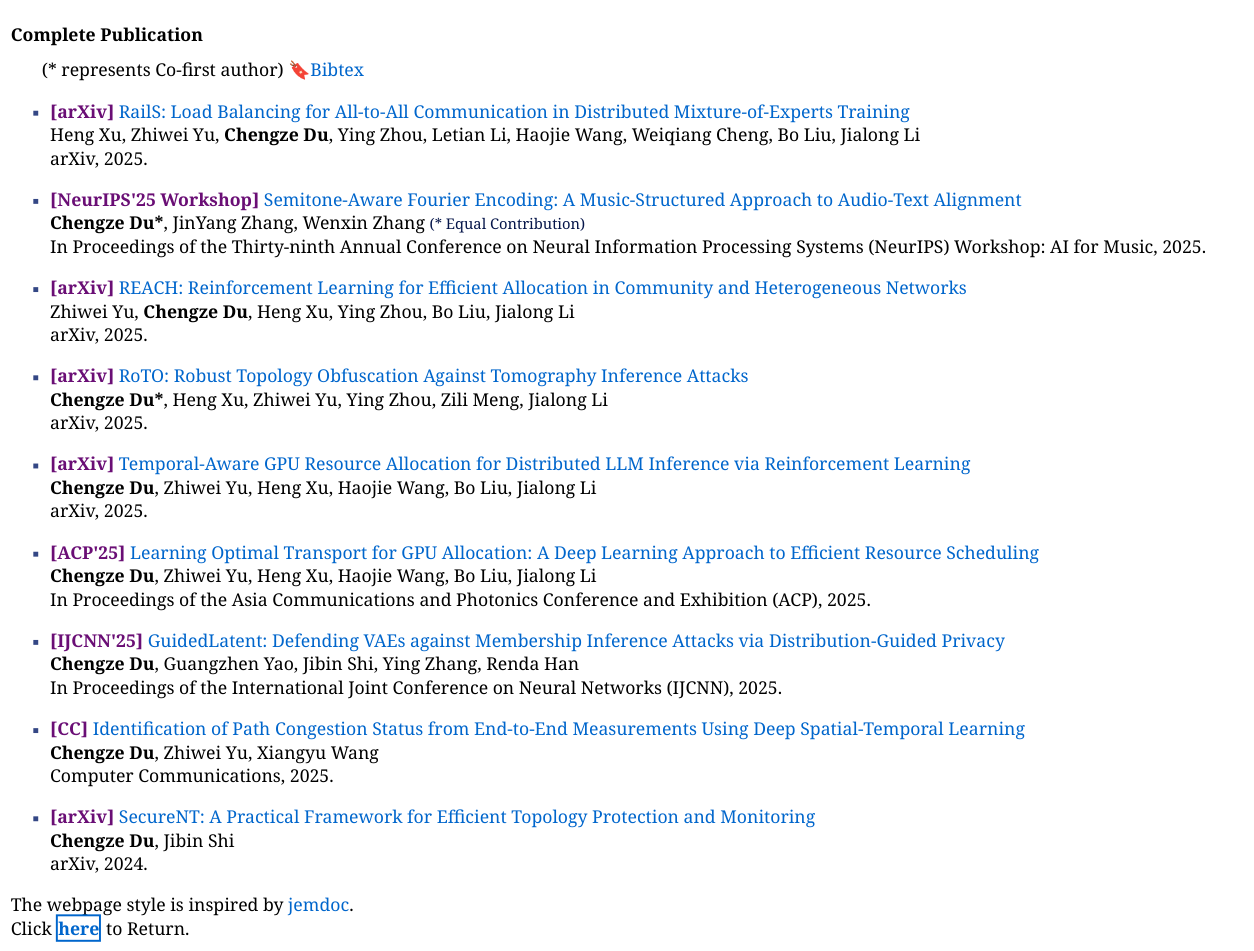
Repository: Monickar/Monickar.github.io
Page: FullPaperList.html
An editor plug-in stored every save of this project. The page is shown before and after the next save, followed by the edit.
The browser window is 1280 px wide. The pictures show the whole page, at 98% of full size.

Above is the page before, as saved 2025-10-26 17:48:17.

After the next save:
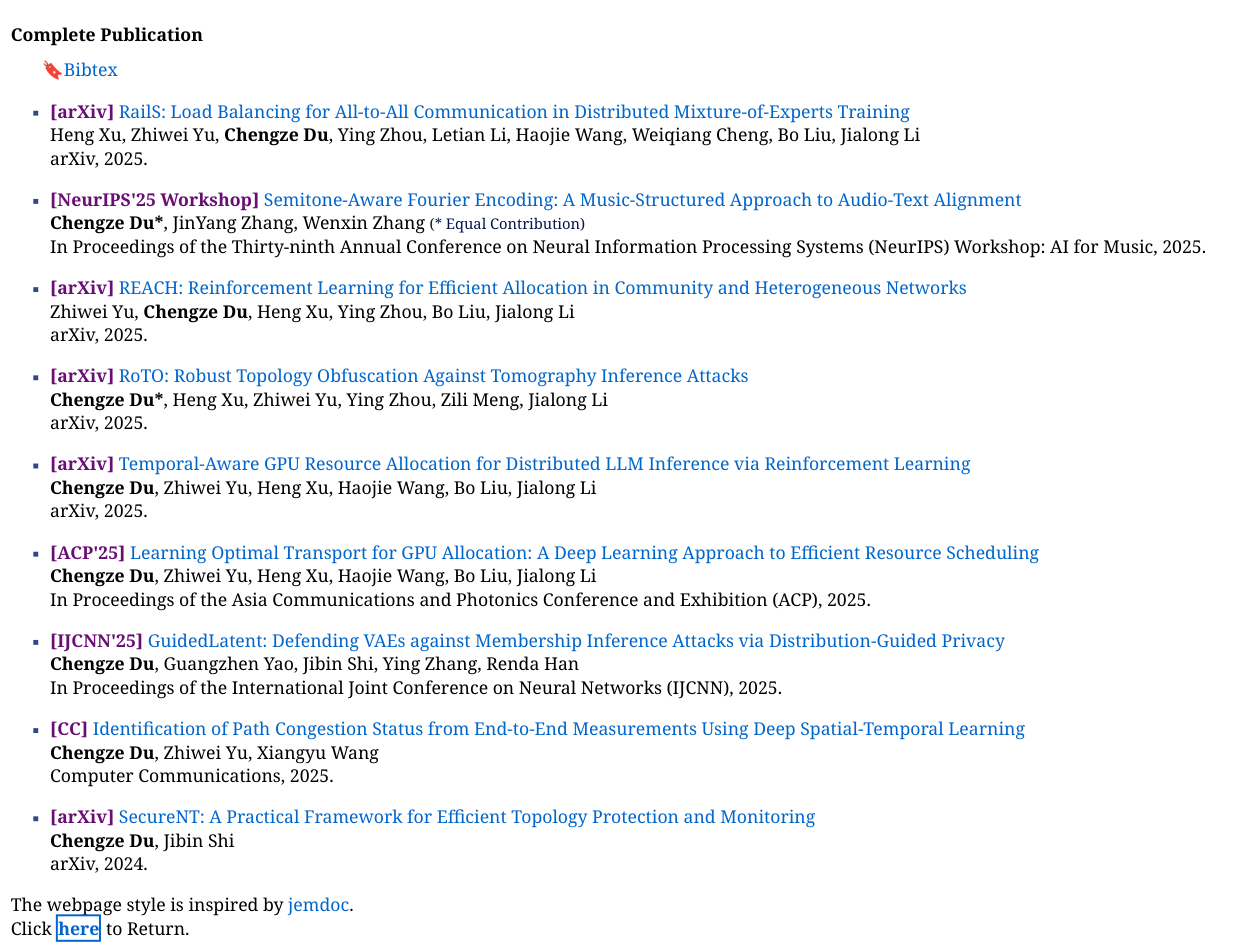
Saved 32 s later.
--- a/FullPaperList.html
+++ b/FullPaperList.html
@@ -70,7 +70,7 @@
 <div id="toptitle">
 <h1>Complete Publication</h1>
 </div>
-&ensp;&ensp;&ensp; (* represents Co-first author) <a href="./Bibtex/List.txt" style="font-size: 1.em;">🔖Bibtex</a>
+&ensp;&ensp;&ensp; <a href="./Bibtex/List.txt" style="font-size: 1.em;">🔖Bibtex</a>
 <ul>
 
 <li><p><span class="pulisher">[arXiv] </span><a href="https://arxiv.org/abs/2510.19262">RailS: Load Balancing for All-to-All Communication in Distributed Mixture-of-Experts Training</a><br>
